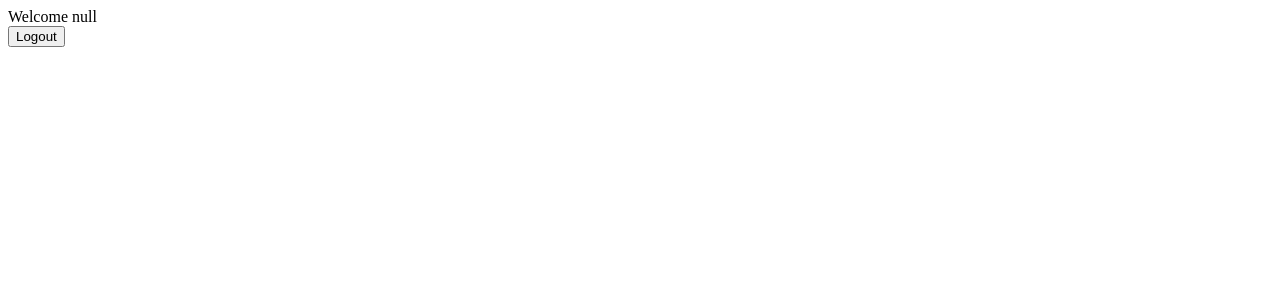
Repository: Dhwanishah1106/WTL
Page: http://localhost/Login6/Process.jsp
These files come from the project's save history. The page is drawn as it stood at one moment and after the next save; the edit follows.
The browser window is 1280 px wide. The pictures show the whole page.
The page is served by Tomcat 9.

Above is the page before, as saved 2019-04-11 09:34:37.

After the next save:
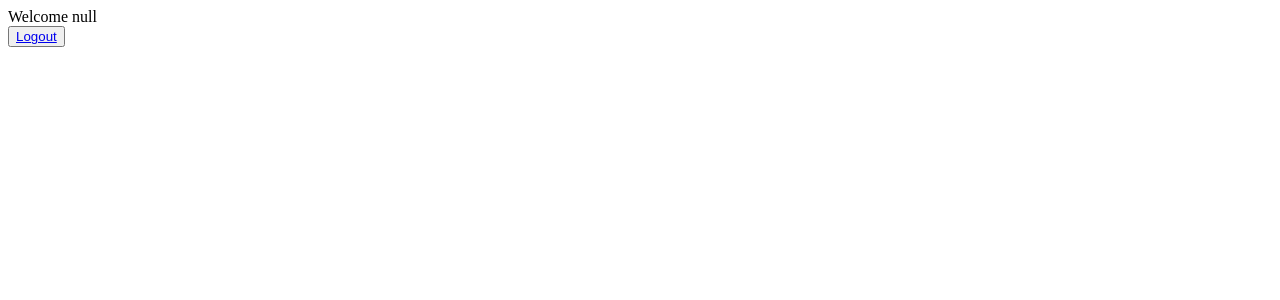
Saved 71 s later.
--- a/Login6/WebContent/Process.jsp
+++ b/Login6/WebContent/Process.jsp
@@ -15,6 +15,6 @@
 
 %>
 <br>
-<button href="logout.jsp">Logout</button>
+<button><a href="logout.jsp">Logout</a></button>
 </body>
 </html>
